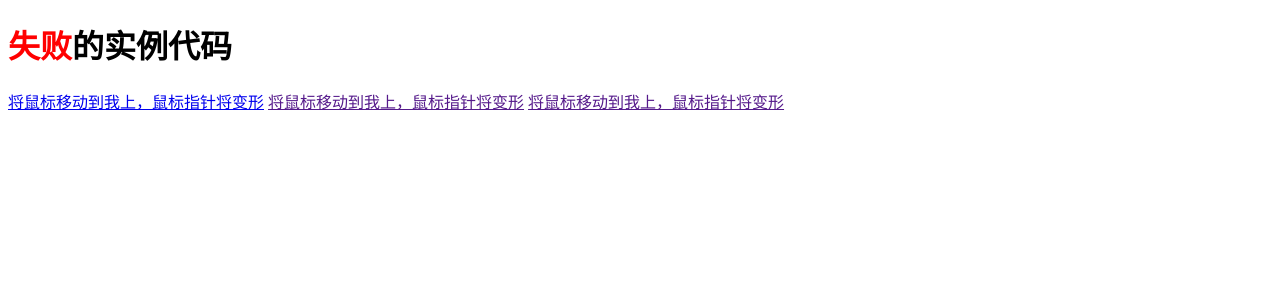
Repository: bookFireFly/bookFireFly
Page: HtmlAndCSS/改变鼠标的形状 失败的实例代码.html
The author's editor kept a copy of each file at every save. The page is drawn from the files as they stood at one save, then again after the next save.
The browser window is 1280 px wide. The pictures show the whole page.

Above is the page before, as saved 2017-10-18 07:39:44.

### HtmlAndCSS/改变鼠标的形状 失败的实例代码.html
<!DOCTYPE html>
<html>
<head>
<meta charset="UTF-8">
<title>改变鼠标的形状</title>
</head>
<body>
<h1><font color="red">失败</font>的实例代码</h1>
<a href="#" style="cursor:url(note.ico);">将鼠标移动到我上，鼠标指针将变形</a>
<a href="" style="cursor:url(note.ico);">将鼠标移动到我上，鼠标指针将变形</a>
<a href="" style="cursor:url(images/note.ico);">将鼠标移动到我上，鼠标指针将变形</a>
</body>
</html>

After the next save:
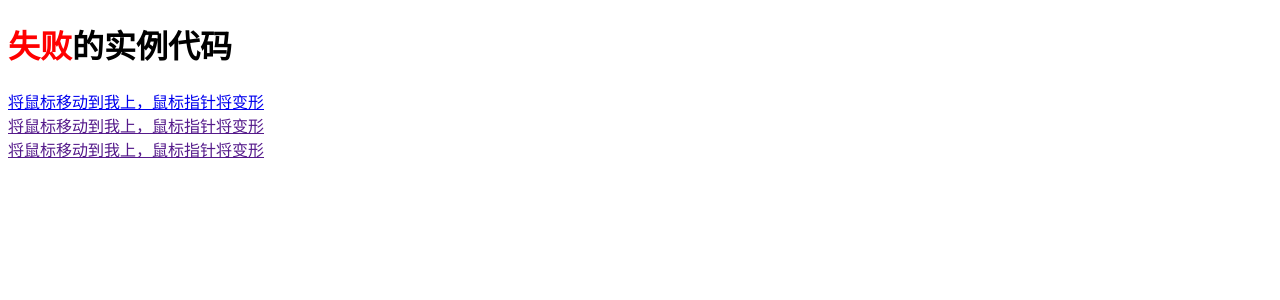
Saved 71 s later.
--- a/HtmlAndCSS/改变鼠标的形状 失败的实例代码.html
+++ b/HtmlAndCSS/改变鼠标的形状 失败的实例代码.html
@@ -6,8 +6,8 @@
 </head>
 <body>
 <h1><font color="red">失败</font>的实例代码</h1>
-<a href="#" style="cursor:url(note.ico);">将鼠标移动到我上，鼠标指针将变形</a>
-<a href="" style="cursor:url(note.ico);">将鼠标移动到我上，鼠标指针将变形</a>
-<a href="" style="cursor:url(images/note.ico);">将鼠标移动到我上，鼠标指针将变形</a>
+<a href="#" style="cursor:url(note.ico);">将鼠标移动到我上，鼠标指针将变形</a><br>
+<a href="" style="cursor:url(note.ico);">将鼠标移动到我上，鼠标指针将变形</a><br>
+<a href="" style="cursor:url(images/note.ico);">将鼠标移动到我上，鼠标指针将变形</a><br>
 </body>
 </html>
